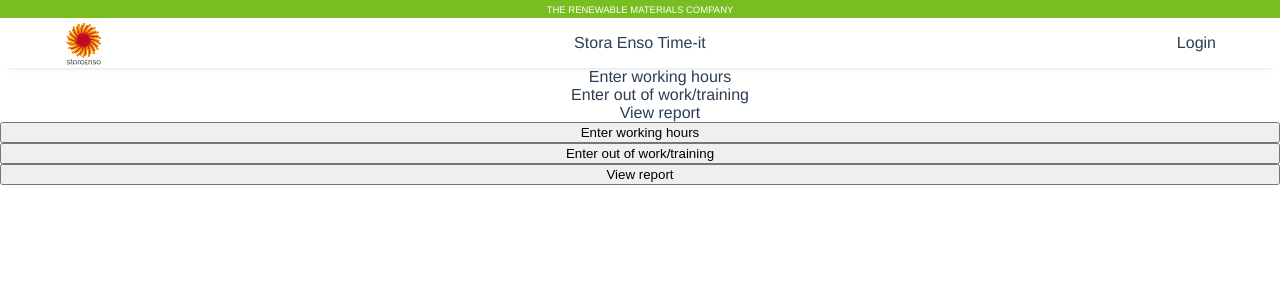
Repository: marianreha/vue-timeit
Page: /
These files come from the project's save history. The page is drawn as it stood at one moment and after the next save; the edit follows.
The browser window is 1280 px wide. The pictures show the whole page.
Some web fonts or font styles are not loaded; a fallback is used. The project was rebuilt for these pictures with package versions that can differ from the ones it lists, and the page was loaded fresh each time. Also part of the build but not shown: vue.config.js.

Above is the page before, as saved 2020-03-29 19:24:23.

### src/App.vue
<template>
  <div id="app">
    <Navbar />
    <Home />
  </div>
</template>

<script>
import Navbar from './components/Navbar'
import Home from './components/Home'

export default {
  name: 'App',
  components: {
    Navbar,
    Home,
  }
}
</script>

<style>
@import url(//db.onlinewebfonts.com/c/2afedaab5a5177410b408023384af22d?family=HelveticaNeueLTW01-55Roman);

#app {
  font-family: Helvetica, Arial, sans-serif;
  -webkit-font-smoothing: antialiased;
  -moz-osx-font-smoothing: grayscale;
  text-align: center;
  color: #2c3e50;
  padding: 0px;
}

* {
    box-sizing: border-box;
    margin: 0 !important;
    cursor: default;
}
</style>

### src/components/Navbar.vue
<template>
  <div>
      <header class="green">
          The renewable materials company
      </header>
      <header class="navbar">
          <img class="logo" src="../assets/logo.jpg" alt="logo">
          <nav>
              Stora Enso Time-it
          </nav>
          <span>Login</span>
      </header>
  </div>
</template>

<script>
export default {
    name: 'Navbar',
}
</script>

<style>
.green {
    padding: 4px 0 3px 0;
    background-color: #78BE20;
    color: #FFFFFF;
    font-size: 9.5px;
    text-transform: uppercase;
}

.navbar {
    display: flex;
    height: 2rem;
    justify-content: space-between;
    align-items: center;
    padding: 25px 5%;
    box-shadow: 0 3px 8px -8px;
}

.logo {
    height: 45px;
    cursor: pointer;
}
</style>>

### src/components/Home.vue
<template>
  <div>
      <ul>
          <li>Enter working hours</li>
          <li>Enter out of work/training</li>
          <li>View report</li>
      </ul>
      <div class="btn-group">
        <button>Enter working hours</button>
        <button>Enter out of work/training</button>
        <button>View report</button>
      </div>
  </div>
</template>

<script>
export default {
    name: "Home"
}
</script>

<style>
ul {
    list-style: none;
    display: flex;
    justify-content: center;
    flex-direction: column;
}

.btn-group {
    display: flex;
    flex-direction: column;
}

</style>

Loaded but not shown: public/index.html (common file); src/main.js (common file)

After the next save:
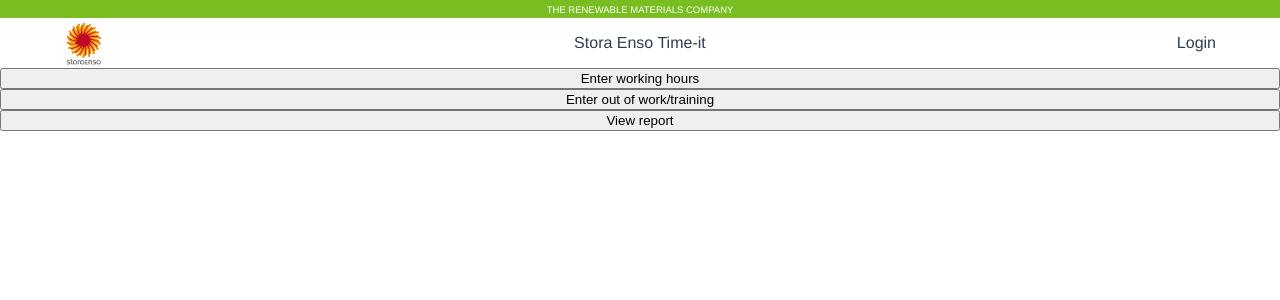
Saved 16 s later.
--- a/src/components/Home.vue
+++ b/src/components/Home.vue
@@ -1,10 +1,5 @@
 <template>
   <div>
-      <ul>
-          <li>Enter working hours</li>
-          <li>Enter out of work/training</li>
-          <li>View report</li>
-      </ul>
       <div class="btn-group">
         <button>Enter working hours</button>
         <button>Enter out of work/training</button>
@@ -20,13 +15,6 @@
 </script>
 
 <style>
-ul {
-    list-style: none;
-    display: flex;
-    justify-content: center;
-    flex-direction: column;
-}
-
 .btn-group {
     display: flex;
     flex-direction: column;
